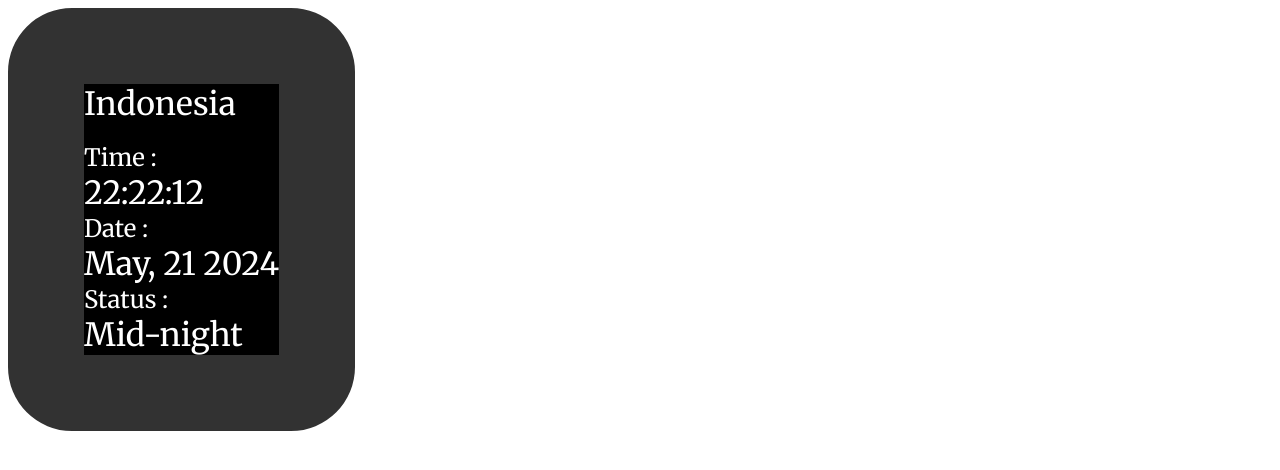
Repository: SnakeXrnt/notion-clock
Page: indonesia.html
An editor plug-in stored every save of this project. The page is shown before and after the next save, followed by the edit.
The browser window is 1280 px wide. The pictures show the whole page.

Above is the page before, as saved 2024-05-21 16:17:39.

### indonesia.html
<!DOCTYPE html>
<html lang="en">
<head>
    <meta charset="UTF-8">
    <meta name="viewport" content="width=device-width, initial-scale=1.0">
    <title>Indonesia</title>
    <link rel="preconnect" href="https://fonts.googleapis.com">
    <link rel="preconnect" href="https://fonts.gstatic.com" crossorigin>
    <link href="https://fonts.googleapis.com/css2?family=Merriweather:ital,wght@0,300;0,400;0,700;0,900;1,300;1,400;1,700;1,900&display=swap" rel="stylesheet">
    <style>
        h1, h2, h3 {
            margin: 0px;
            font-family: "Merriweather", serif;
            font-weight: 400;
            font-style: normal;
            color: white;
        }



        .box {
            display: flex;
            flex-direction: column;
            width: max-content;
            height: max-content;
            border: 6vw solid rgb(50, 50, 50);
            background-color: rgb(0, 0, 0);
            border-radius: 5vw;

        }
    </style>
    <script>
        function updateTime() {
            const timeElement = document.querySelector('.time');
            const dateElement = document.querySelector('.date');
            const statusElement = document.querySelector('.status');

            const now = new Date();
            const options = { timeZone: 'Asia/Jakarta' };
            const jakartaTime = new Date(now.toLocaleString('en-US', options));

            const hours = jakartaTime.getHours();
            const minutes = jakartaTime.getMinutes();
            const seconds = jakartaTime.getSeconds();

            timeElement.innerHTML = `${hours}:${minutes < 10 ? '0' : ''}${minutes}<span class="blink">:</span>${seconds < 10 ? '0' : ''}${seconds}`;

            const monthNames = ["January", "February", "March", "April", "May", "June", "July", "August", "September", "October", "November", "December"];
            const month = monthNames[jakartaTime.getMonth()];
            const date = jakartaTime.getDate();
            const year = jakartaTime.getFullYear();

            dateElement.innerHTML = `${month}, ${date} ${year}`;

            const hourOfDay = jakartaTime.getHours();
            let status = '';
            if (hourOfDay >= 5 && hourOfDay < 12) {
                status = 'Morning';
            } else if (hourOfDay >= 12 && hourOfDay < 15) {
                status = 'Mid-day';
            } else if (hourOfDay >= 15 && hourOfDay < 18) {
                status = 'Afternoon';
            } else if (hourOfDay >= 18 && hourOfDay < 21) {
                status = 'Evening';
            } else {
                status = 'Mid-night';
            }

            statusElement.innerHTML = status;

            // Toggle blink class
            const blinkElements = document.querySelectorAll('.blink');
            blinkElements.forEach(element => {
                element.classList.toggle('hidden');
            });
        }

        setInterval(updateTime, 1000); // Update every second
    </script>
</head>
<body>
    <div class="box">
        <h1>Indonesia</h1>
        <br>
        <h2>Time :</h2>
        <h1 class="time"></h1>
        <h2>Date :</h2>
        <h1 class="date"></h1>
        <h2>Status : </h2>
        <h1 class="status"></h1>

    </div>
</body>
</html>

After the next save:
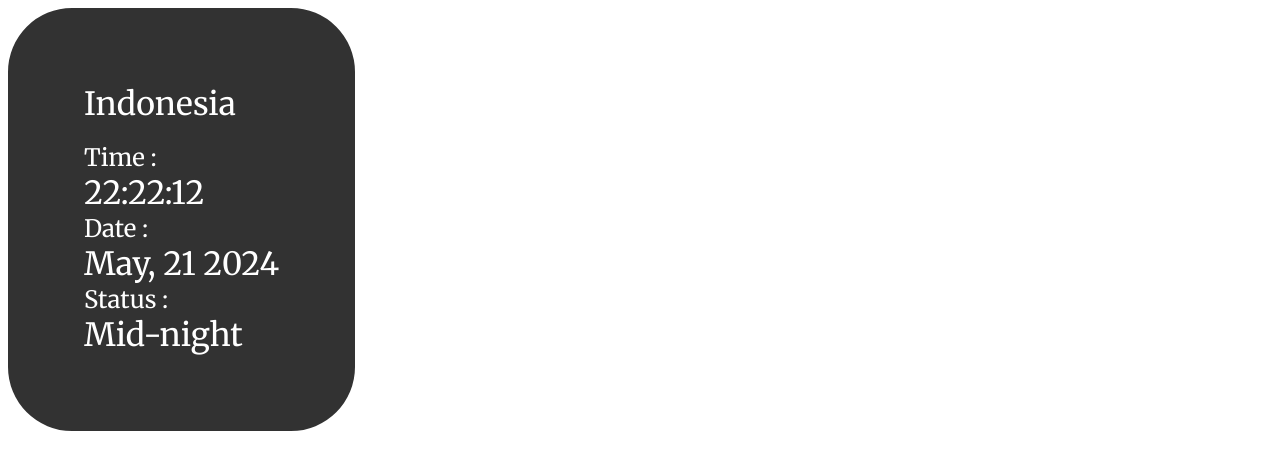
Saved 9 s later.
--- a/indonesia.html
+++ b/indonesia.html
@@ -24,7 +24,7 @@
             width: max-content;
             height: max-content;
             border: 6vw solid rgb(50, 50, 50);
-            background-color: rgb(0, 0, 0);
+            background-color: rgb(50, 50, 50);
             border-radius: 5vw;
 
         }
